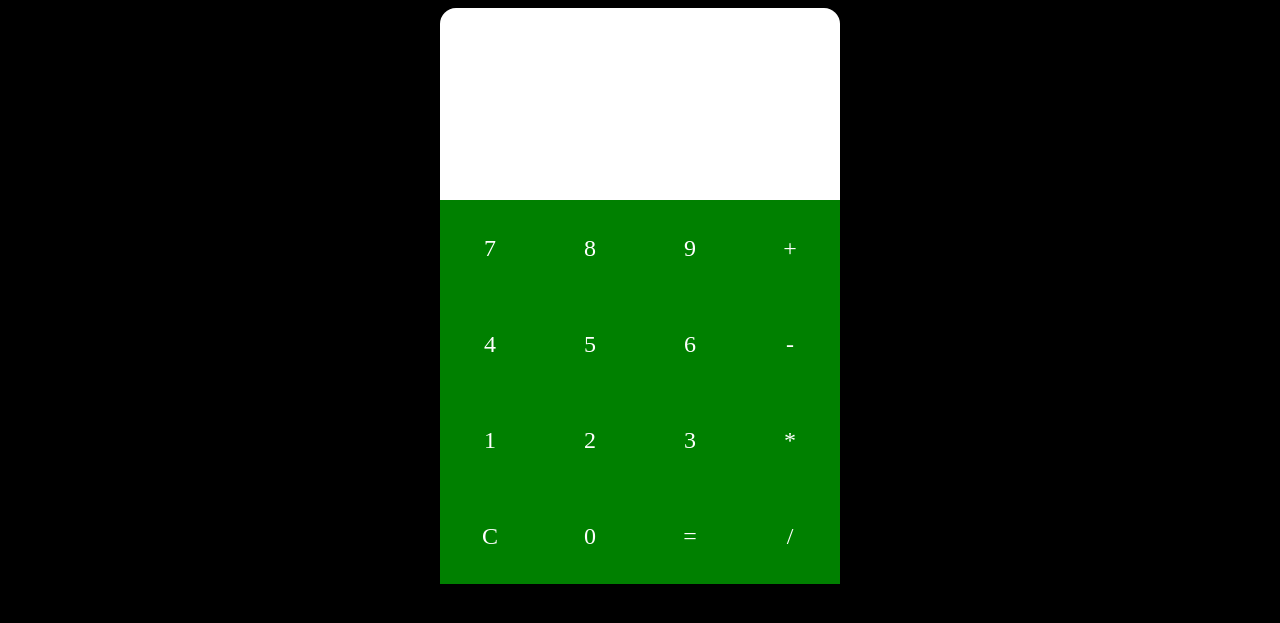
Repository: rajratangm/xcalculator
Page: /
An editor plug-in stored every save of this project. The page is shown before and after the next save, followed by the edit.
The browser window is 1280 px wide. The pictures show the whole page.
The project was rebuilt for these pictures with package versions that can differ from the ones it lists, and the page was loaded fresh each time. Also part of the build but not shown: vite.config.js.

Above is the page before, as saved 2024-04-02 19:32:14.

### src/App.jsx
import {useState} from 'react'
import Button from './Component/Button/Button'
import Input from './Component/Input/Input'
import './App.css'
import { evaluate } from 'mathjs'
// import Keyboard from './Component/Keyboard'

function App() {
  const [text, setText]= useState('')
  const [result, setResult]= useState('')

  const addToText=(val)=>{

    setText((text)=>[...text, val +' '])
  }

  const resetInput=()=>{
    setText('');
    setResult('')
  }

  const calculateResult=()=>{
    const input= text.join('')
    setResult(evaluate(input))
  }

  return (
    <div className='App'>

    <div className='calculator-wrapper'>
      <Input text= {text} result = {result}/>
   <div className='row'>
    <Button symbol='7' handlleClick={addToText}/>
    <Button symbol='8'handlleClick={addToText}/>
    <Button symbol='9'handlleClick={addToText}/>
    <Button symbol='+' handlleClick={addToText}/>

   </div>
   <div className='row'>
   <Button symbol='4'handlleClick={addToText}/>
    <Button symbol='5' handlleClick={addToText}/>
    <Button symbol='6'handlleClick={addToText}/>
    <Button symbol='-'handlleClick={addToText}/>

   </div>
   <div className='row'>
   <Button symbol='1'handlleClick={addToText}/>
    <Button symbol='2'handlleClick={addToText}/>
    <Button symbol='3'handlleClick={addToText}/>
    <Button symbol='*'handlleClick={addToText}/>

   </div>


   <div className='row'>
   <Button symbol='C' handlleClick={resetInput}/>
    <Button symbol='0'handlleClick={addToText}/>
    <Button symbol='=' handlleClick={calculateResult}/>
    <Button symbol='/' handlleClick={addToText}/>

   </div>
    </div>

    </div>
  )
  }
export default App

### src/Component/Button/Button.jsx
import './Button.css'


const Button=({symbol, handlleClick})=>{
    return <div className='button-wrapper' onClick={()=>handlleClick(symbol)} >
{symbol}
    </div>
}

export default Button

### src/Component/Input/Input.jsx
import './Input.css'


const Input=({text, result})=>{

    return <div className='input-wrapper'>
        <div className='result'>
            <h1>{result}</h1>
        </div>
        <div className='text'>
            <h3> {text}</h3>
        </div>
    </div>
}

export default Input;

### src/App.css
body{
  background-color: black;

}

.App{
  display: flex;
  justify-content: center;
  align-items: center;
}

.calculator-wrapper{
  background-color:white;
  width:400px;
  border-radius: 16px;

}

.row{
  display: flex;
}

### src/Component/Button/Button.css
.button-wrapper{
    height: 4em;
    display: flex;
    align-items: center;
    justify-content: center;
    font-size: 24px;
    background-color:green;
    color:#ffffff;
    flex:1;

}

### src/Component/Input/Input.css
.input-wrapper{
    height: 10em;
    display: flex;
    justify-content: flex-end;
    align-items: flex-end;
    flex-direction: column;
    padding: 16px
}

.result{
    flex:1;
    font-size: 24;

}

.text{
    flex:1;
    font-size: 18;
}

Loaded but not shown: index.html (common file); src/main.jsx (common file)

After the next save:
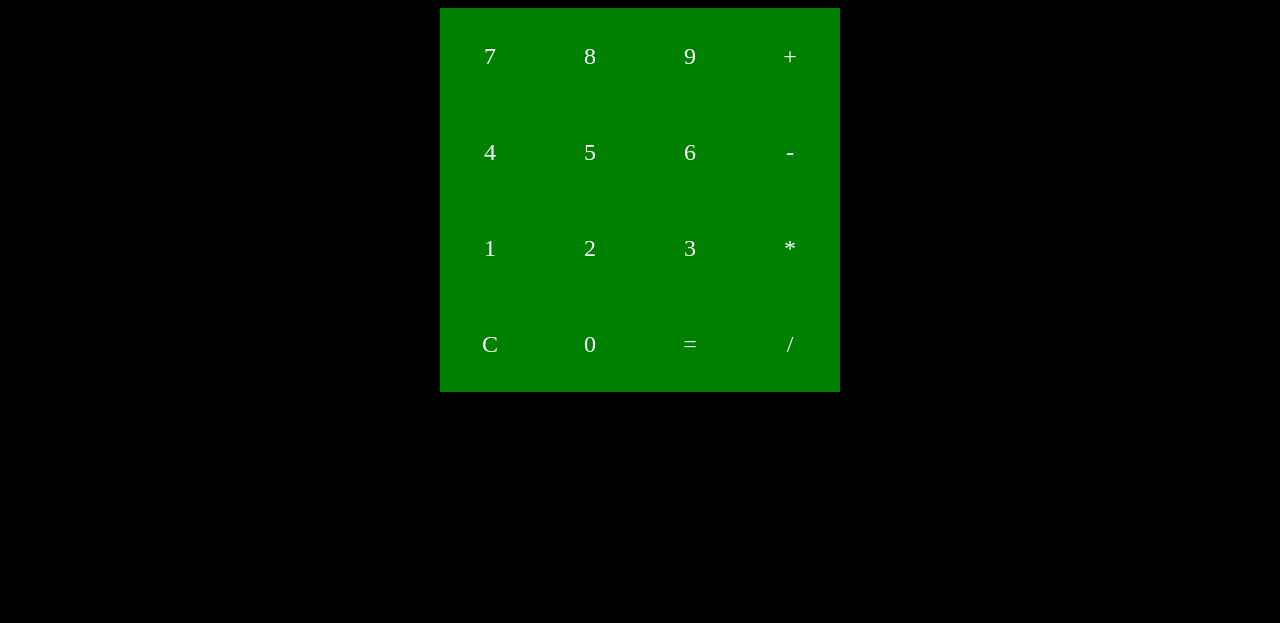
Saved 14 min 15 s later.
--- a/src/Component/Input/Input.jsx
+++ b/src/Component/Input/Input.jsx
@@ -3,7 +3,8 @@ import './Input.css'
 
 const Input=({text, result})=>{
 
-    return <div className='input-wrapper'>
+    return
+    <div className='input-wrapper'>
         <div className='result'>
             <h1>{result}</h1>
         </div>
